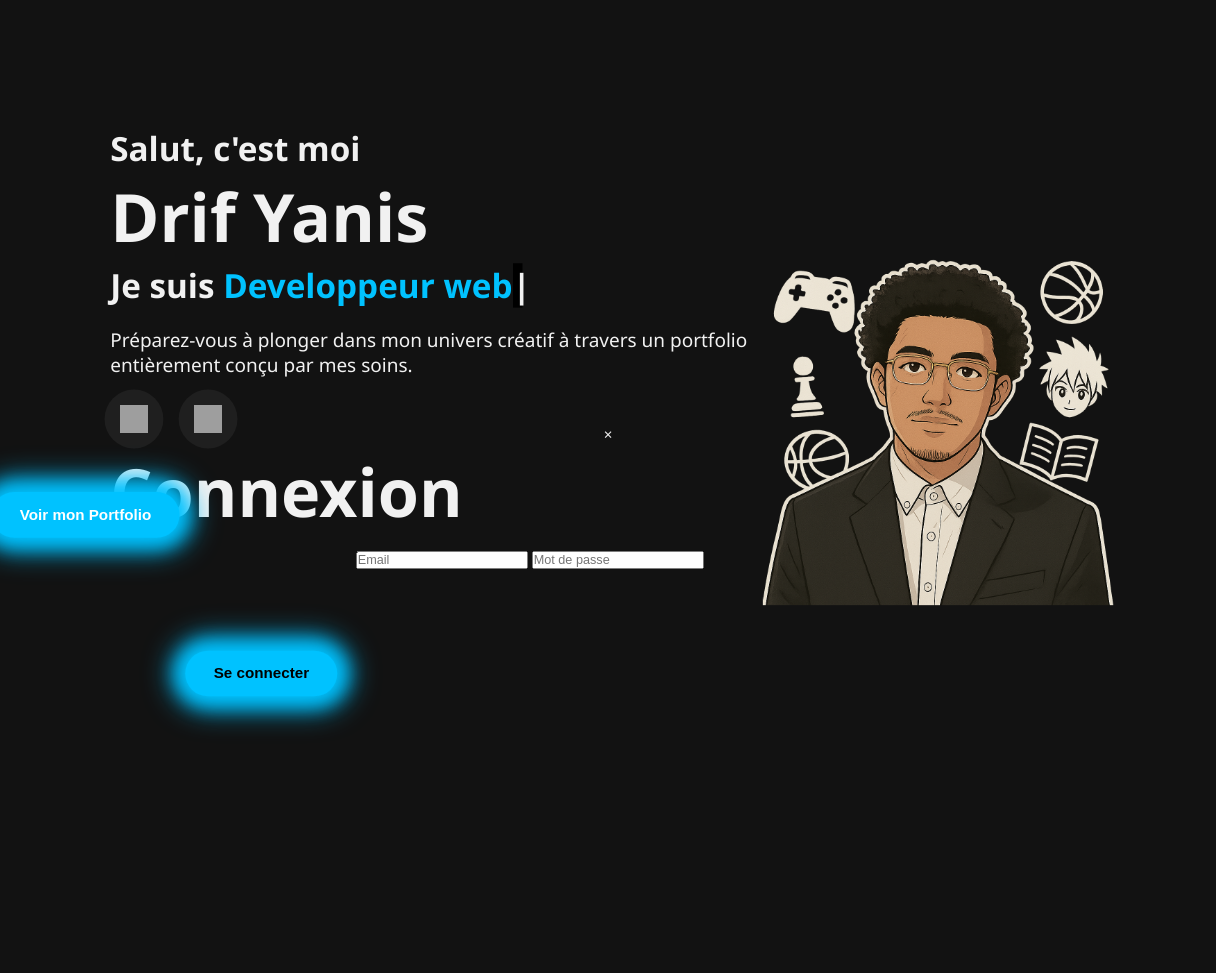
Repository: Yxniiss/ProjetCssAvance
Page: OneDrive/Bureau/Portfolio DrifYanis/index.html
The author's editor kept a copy of each file at every save. The page is drawn from the files as they stood at one save, then again after the next save.
The browser window is 1280 px wide. The pictures show the whole page, at 95% of full size.
Pictures or frames that could not be fetched are drawn as grey boxes.

Above is the page before, as saved 2025-04-10 17:57:37.

### OneDrive/Bureau/Portfolio DrifYanis/index.html
<!DOCTYPE html>
<html lang="en">
<head>
    <meta charset="UTF-8">
    <meta name="viewport" content="width=device-width, initial-scale=1.0">
    <title>Document</title>
    <link rel="stylesheet" href="/style.css" />
</head>
<body>

    <section id="main">
      <section  id="start" class="section start">
        <div class="contenu-texte">
            <h1>Salut, c'est moi</h1>
            <h2>Drif Yanis</h2>
            <h3>Je suis <span id="mot"></span><span id="cursor">|</span></h3>
            <p>Préparez-vous à plonger dans mon univers créatif à travers un portfolio<br>entièrement conçu par mes soins.</p>

            <div class="ntwrks">
            <div class="ntwrk"><img src="https://devicon-website.vercel.app/api/linkedin/original.svg"></div>
            <div class="ntwrk"><img classe="skill" src="https://devicon-website.vercel.app/api/github/original.svg?color=%23FFFFFF"></div>
            </div>

            <div class="button">
                <button id="openModal"class="modern-button"><a href="/home.html">Voir mon Portfolio</button></a>
            </div>

            <div id="loginModal" class="modal">
              <div class="modal-content">
                <span class="close">&times;</span>
                <h2>Connexion</h2>
                <form id="loginForm">
                  <input type="email" id="email" placeholder="Email" required />
                  <input type="password" id="password" placeholder="Mot de passe" required />
                  <button type="submit" class="modern-button">Se connecter</button>
                </form>
              </div>
            </div>

        </div>
        <img src="/image/ChatGPT Image 9 avr. 2025, 22_22_18.png" class="image">

      </section>

      <div id="loader" class="loader loaded">
        <span class="loader"></span>
      </div>
    </section>
    <script src="/script.js"></script>
</body>
</html>

### OneDrive/Bureau/Portfolio DrifYanis/style.css
* {
    margin: 0;
    padding: 0;
    box-sizing: border-box;
  }

  body {
    font-family: "Segoe UI", sans-serif;
    background-color: #121212;
    color: #f1f1f1;
  }


  .navbar {
    display: flex;
    justify-content: space-between;
    padding: 1rem 2rem;
    background-color: #1f1f1f;
  }

  .nav-links {
    display: flex;
    list-style: none;
    gap: 1.5rem;
  }

  .nav-links a {
    color: #00c2ff;
    text-decoration: none;
  }

  .hero {
    padding: 3rem 1rem;
    text-align: center;

  }









  .section {
    padding: 2rem 1rem;
    text-align: center;
  }

  .projects {
    display: flex;
    justify-content: center;
    gap: 1rem;
    flex-wrap: wrap;
    margin-top: 1rem;
  }

  .projects img {
    width: 800px;
    height: 600px;
    -o-object-fit: cover;
       object-fit: cover;
    border-radius: 10px;
  }

  .cursor2 img{
    width: 250px;
    position:relative;
    bottom:300px;
    left:450px;
    transform: rotate(-15deg);

  }

  .skills {
    display: flex;
    flex-wrap: wrap;
    gap: 1rem;
    justify-content: center;
    margin-top: 1rem;
  }

  .skill {
    display: flex;
    align-items: center;
    gap: 0.5rem;
    background-color: #1f1f1f;
    padding: 0.5rem 1rem;
    border-radius: 5px;
    transition: 0.3s ease, opacity 0.3s ease;
  }

  .skill:hover{
    transform: scale(1.2);
    opacity: 0.8;
  }

  .skill img {
    width: 35px;
    height: 35px;
  }

  footer {
    padding: 1rem;
    text-align: center;
    background-color: #1f1f1f;
    color: #aaa;
  }



  .btn:hover{
    box-shadow: 0 10px 20px rgba(255,0,102,0.5);
    transform: translateY(-3px);
    text-decoration: none;
  }

  .section_cv{
    padding: 2rem 1rem ;
    margin-top: -rem;
  }
  .cv-container {
    text-align: center;
    margin: 3rem auto;
    display: flex;
    flex-direction: column;
    align-items: center;
    gap: 1rem;
  }

  .btn2 {
    padding: 15px 30px;
    font-size: 30px;
    color: white;
    background: linear-gradient(90deg, #ff0066, #ff6600);
    border: none;
    border-radius: 50px;
    cursor: pointer;
    box-shadow: 0 4px 15px rgba(255, 0, 102, 0);
    transition: box-shadow 0.3s ease, transform 0.3s ease;
    text-decoration: none;
  }

  .btn2:hover {
    box-shadow: 0 10px 20px rgba(255, 0, 102, 0.5);
    transform: translateY(-3px);
  }

  /* Responsive padding ajusté si besoin */
  @media (max-width: 768px) {
    .btn2 {
      font-size: 20px;
      padding: 12px 24px;
    }

    .cv-container h2 {
      font-size: 24px;
    }
  }


  #contact{
    padding: 70px;
    background:radial-gradient(circle, #fff, #121212)
  }
  .contact-form {
    max-width: 500px;
    margin: auto;
    padding: 70px;
    display: flex;
    flex-direction: column;
    gap: 1rem;
    background:radial-gradient(circle, #121212, #fff);
  }

  .contact-form input,
  .contact-form textarea {
    padding: 0.75rem;
    border: none;
    border-radius: 5px;
  }

  .contact-form button {
    background-color: #00c2ff;
    color: #000;
    padding: 0.75rem;
    border: none;
    border-radius: 5px;
    cursor: pointer;
  }



  .start h1{
    text-align: left;
    margin-top: 100px;
    font-size: 35px;
    margin-left: 100px;
  }

  .start h2{
    text-align: left;
    margin-top: 1px;
    font-size: 70px;
    margin-left: 100px;
  }

  .start h3{
    text-align: left;
    margin-top: 1px;
    font-size: 35px;
    margin-left: 100px;
  }

  #mot {
    color:#00c2ff;
  }

  #cursor{
    display: inline-block;
    width: 10px;
    background-color:black;
    animation: blink 0.8s step-end infinite;
  }

  @keyframes blink{
    50% {
      opacity: 0;
    }
  }

  @keyframes typing{
    from{
      width: 0;
    }
    to{
      width: 100%;
    }
  }

  #main{
    opacity: 0;
    transform: translateY(0);
    transition: opacity 5s ease, transform 5s ease;
  }

  body.loaded #main{
    opacity: 1;
    transform: translateY(0);
  }


  .start p{
    text-align: left;
    margin-left: 100px;
    margin-top: 20px;
    font-size: 20px;
  }

  .ntwrks {
    position: absolute;
    top: 410px;
    left: 110px;
    display: flex;
    flex-wrap: wrap;
    gap: 1rem;
  }

  .ntwrk {
    display: flex;
    align-items: center;
    gap: 0.5rem;
    background-color: #1f1f1f;
    padding: 1rem 1rem;
    border-radius: 100px;
    transition: 0.3s ease, opacity 0.3s ease;
  }

  .ntwrk:hover{
    transform: scale(1.2);
    opacity: 0.8;
  }

  .ntwrk img {
    width: 30px;
    height: 30px;
  }

  .modern-button{
    background-color:#00c2ff;
    font-size: 16px;
    font-weight: bold;
    border:none;
    padding: 15px 30px;
    border-radius: 25px;
    cursor: pointer;
    outline: none;
    position: relative;
    right:550px;
    top:120px;
    animation:glow 1.5s infinite alternate;
    transition: 0.3s ease, opacity 0.3s ease;
  }

  .modern-button a{
    color:white;
    text-decoration: none;
  }

  .modern-button:hover{
    transform: scale(1.2);
    opacity: 1;
  }

  @keyframes glow{
    0%{
      box-shadow: 0 0 10px 5px rgba(0, 194, 255, 0.6), 0 0 20px 10px rgba(0, 194, 255, 0.4);
    }
    100%{
      box-shadow: 0 0 20px 10px rgba(0, 194, 255, 1), 0 0 30px 15px rgba(0, 194, 255, 0.8);
    }
  }

  .image{
    max-width: 30%;
    position: relative;
    bottom: 350px;
    left: 350px;
  }

.hero {
  display: flex;
  flex-direction: column;
  align-items: center;
  padding: 3rem 1rem;
  text-align: center;
}

.hero__image {
  border-radius: 25%;
  width: 250px;
  border: 1px solid #ffffff;
  margin-bottom: 1.5rem;
}

.hero__content {
  max-width: 600px;
}

.hero__name {
  font-size: 2.5rem;
  margin-bottom: 0.5rem;
}

.hero__tagline {
  font-size: 1.5rem;
  margin-bottom: 0.5rem;
}

.hero__desc {
  margin-bottom: 1.5rem;
}

.btn {
  padding: 1rem 2rem;
  font-size: 1.2rem;
  border-radius: 50px;
  background: linear-gradient(90deg, #ff0066, #ff6600);
  color: white;
  text-decoration: none;
  display: inline-block;
  transition: 0.3s ease;
}

.btn:hover {
  transform: translateY(-3px);
  box-shadow: 0 10px 20px rgba(255, 0, 102, 0.5);
}

@media (min-width: 768px) {
  .hero {
    flex-direction: row;
    justify-content: center;
    text-align: left;
    gap: 3rem;
  }

  .hero__content {
    text-align: left;
  }
}

### OneDrive/Bureau/Portfolio DrifYanis/script.js

document.addEventListener('DOMContentLoaded', () => {
    // Scroll fluide
    document.querySelectorAll('a[href^="#"]').forEach(anchor => {
      anchor.addEventListener('click', function (e) {
        e.preventDefault();
        const target = document.querySelector(this.getAttribute('href'));
        if (target) {
          target.scrollIntoView({ behavior: 'smooth' });
        }
      });
    });

    // Carrousel automatique
    const images = document.querySelectorAll('.carousel img');
    let currentIndex = 0;

    function showSlide(index) {
      images.forEach((img, i) => {
        img.style.display = i === index ? 'block' : 'none';
      });
    }

    function nextSlide() {
      currentIndex = (currentIndex + 1) % images.length;
      showSlide(currentIndex);
    }

    if (images.length > 0) {
      showSlide(currentIndex);
      setInterval(nextSlide, 3000); // change every 3 seconds
    }
  });

  const mot = ["Etudiant", "Developpeur web", "Pasionné de code","Developpeur fullstack"];
  let index = 0;
  const element = document.getElementById("mot");
  const cursor = document.getElementById("cursor");

  let typingInterval;
  let currentWord = "";
  let currentCharIndex = 0;

  function  commencerTypingAnimation(){
    currentWord=mot[index];
    currentCharIndex = 0;
    element.textContent = '';

    typingInterval = setInterval(() =>{
      element.textContent += currentWord.charAt(currentCharIndex);
      currentCharIndex++;

      if(currentCharIndex === currentWord.length){
        clearInterval(typingInterval);
        setTimeout(changerMot,1000);
      }
    },150);
  }

  function changerMot(){
    element.textContent=mot[index];
    index++;
    if(index===mot.length){
      index=0;
    }
    commencerTypingAnimation();
  }
  commencerTypingAnimation();

  window.addEventListener('load', function () {
    document.body.classList.add('loaded');
  });

  const modal = document.getElementById("loginModal");
  const btn = document.getElementById("openModal");
  const span = document.querySelector(".close");
  const emailField = document.getElementById("email");
  const passwordField = document.getElementById("password");
  const loginForm = document.getElementById("loginForm");

  // Ouvrir la modale + démarrer l'effet machine à écrire
  btn.onclick = function () {
    modal.style.display = "block";
    typeWriter(emailField, "user@example.com", () => {
      typeWriter(passwordField, "monmotdepasse");
    });
  };

  // Fermer la modale
  span.onclick = function () {
    modal.style.display = "none";
  };
  window.onclick = function (event) {
    if (event.target == modal) {
      modal.style.display = "none";
    }
  };

  // Effet d'écriture automatique
  function typeWriter(element, text, callback) {
    let i = 0;
    element.value = "";
    const speed = 50;
    const interval = setInterval(() => {
      element.value += text.charAt(i);
      i++;
      if (i === text.length) {
        clearInterval(interval);
        if (callback) callback();
      }
    }, speed);
  }

  // Soumettre le formulaire
  loginForm.addEventListener("submit", (e) => {
    e.preventDefault();
    window.location.href = "main.html";
  });

After the next save:
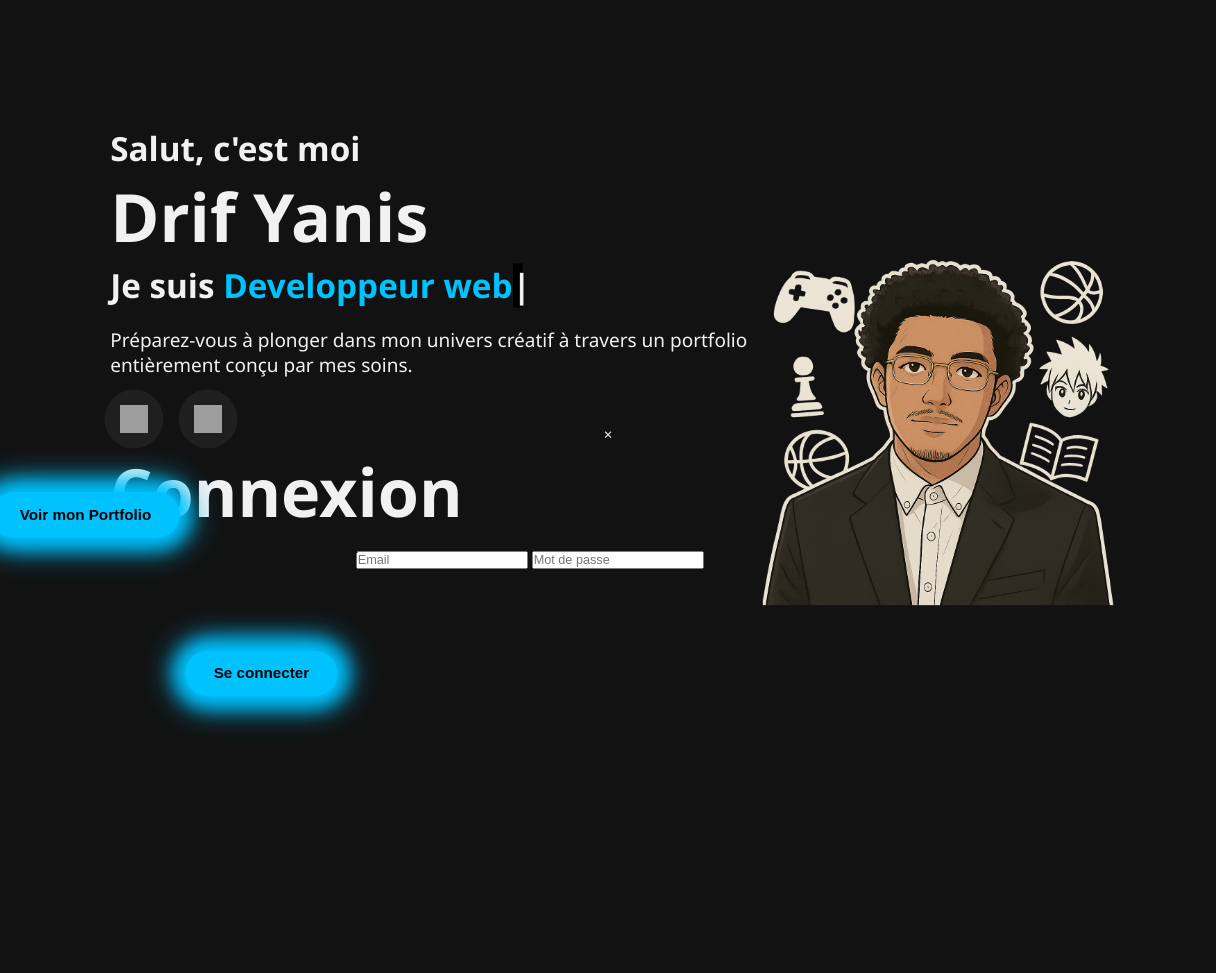
Saved 2 min 24 s later.
--- a/OneDrive/Bureau/Portfolio DrifYanis/index.html
+++ b/OneDrive/Bureau/Portfolio DrifYanis/index.html
@@ -22,7 +22,7 @@
             </div>
 
             <div class="button">
-                <button id="openModal"class="modern-button"><a href="/home.html">Voir mon Portfolio</button></a>
+              <button id="openModal" class="modern-button">Voir mon Portfolio</button>
             </div>
 
             <div id="loginModal" class="modal">
